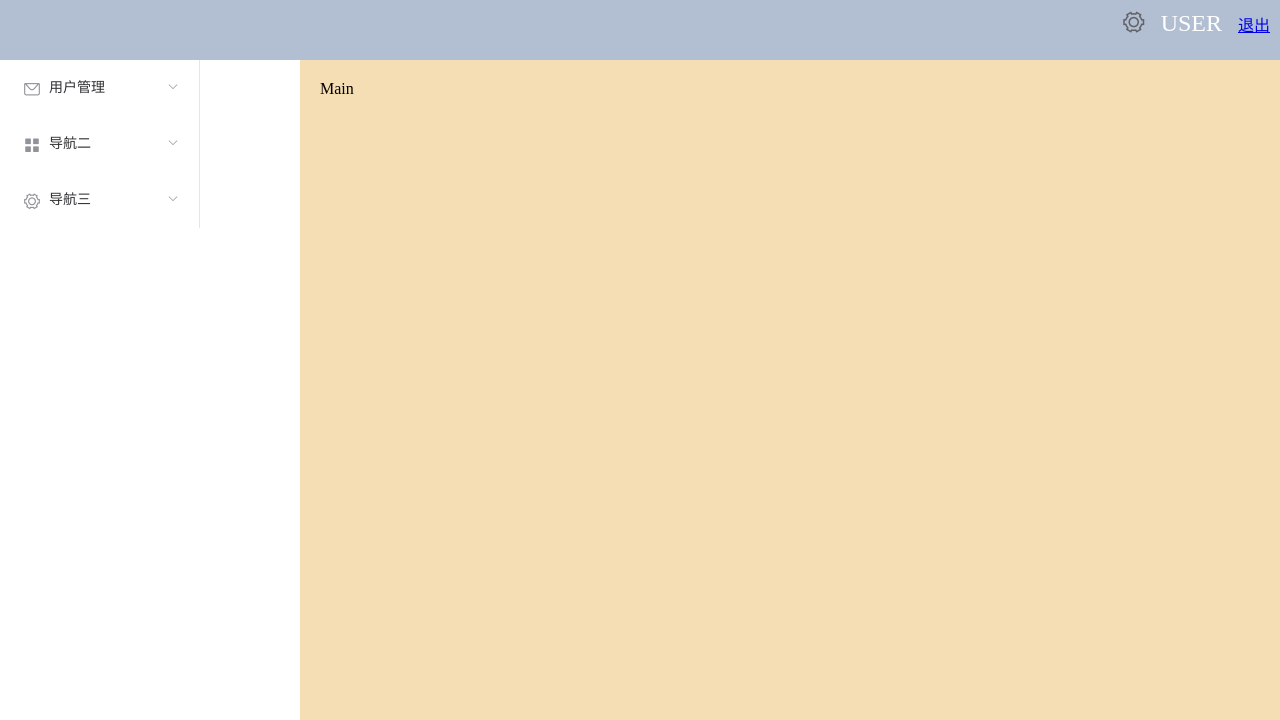
Repository: euphor1azzy/testlist
Page: / (app in list/)
An editor plug-in stored every save of this project. The page is shown before and after the next save, followed by the edit.
The browser window is 1280 px wide. The pictures show the whole page.
The project was rebuilt for these pictures with package versions that can differ from the ones it lists, and the page was loaded fresh each time. Also part of the build but not shown: list/src/utils/validate.js, list/src/views/login/login.vue, list/src/components/users/users.vue.

Above is the page before, as saved 2020-08-27 15:13:38.

### list/src/main.js
// 引入组件
import Vue from 'vue'
import ElementUI from 'element-ui';
import App from './App.vue'
import router from './router'
import MyHttpServer from './plugins/http'
Vue.use(router);


// 引入css文件
import './assets/css/reset.css'
import 'element-ui/lib/theme-chalk/index.css';


//使用插件
Vue.use(ElementUI)
Vue.use(MyHttpServer)
Vue.config.productionTip = false


new Vue({
    el: '#app',
    router,
    render: h => h(App)
}).$mount('#app')

### list/src/App.vue
<template>
  <div id="app" >

    <router-view></router-view>
  </div>
</template>

<script>

</script>

<style>
#app{

  height:100vh
}
</style>

### list/src/router/index.js
import Vue from 'vue'
import Router from 'vue-router'
import Home from '../views/home.vue'
import Login from '../views/login/login.vue'
import Users from '../components/users/users.vue'



Vue.use(Router);



export default new Router({
    routes: [{
            path: '/',
            name: 'Home',
            component: Home,
            children: [{
                name: 'Users',
                path: 'users',
                component: Users
            }]

        },
        {
            name: 'Login',
            path: '/login',
            component: Login
        }
    ]
});

### list/src/plugins/http.js
//将axios改为插件
import axios from 'axios'
const MyHttpServer = {}


MyHttpServer.install = (Vue) => {
    axios.defaults.baseURL = 'http://localhost:8888/api/private/v1/'

    // 添加实例方法
    Vue.prototype.$http = axios

}

export default MyHttpServer

### list/src/assets/css/reset.css
/*! minireset.css v0.0.2 | MIT License | github.com/jgthms/minireset.css */

html,
body,
p,
ol,
ul,
li,
dl,
dt,
dd,
blockquote,
figure,
fieldset,
legend,
textarea,
pre,
iframe,
hr,
h1,
h2,
h3,
h4,
h5,
h6,
el-main {
    /* height: 100%; */
    margin: 0;
    padding: 0;
}

h1,
h2,
h3,
h4,
h5,
h6 {
    font-size: 100%;
    font-weight: normal;
}

ul {
    list-style: none;
}

button,
input,
select,
textarea {
    margin: 0;
}

html {
    box-sizing: border-box;
}

* {
    box-sizing: inherit;
}

*:before,
*:after {
    box-sizing: inherit;
}

img,
embed,
object,
audio,
video {
    height: auto;
    max-width: 100%;
}

iframe {
    border: 0;
}

table {
    border-collapse: collapse;
    border-spacing: 0;
}

td,
th {
    padding: 0;
    text-align: left;
}

### list/src/views/home.vue
<template>
 <el-container class="container">
  <el-header style="padding:0">
    <v-appnav></v-appnav>
  </el-header>
  <el-container>
    <el-aside >
      <v-appslider></v-appslider>
    </el-aside>
    <el-main class="main">Main</el-main>
  </el-container>
</el-container>
</template>

<script>
// 导入组件

import AppNav from "../components/common/appnav";
import AppSlider from "../components/common/appslider";
// import List from "../components/list/list";

export default {
  name: "Home",
  // 注册组件
  components: {
    "v-appnav": AppNav,
    "v-appslider": AppSlider,
    // "v-list": List,
  },
};
</script>

<style>
.container{
  height: 100%;
  margin: 0;
  padding: 0;
}
.main{
  height: 100%;
  background-color: wheat;
}
/* .con {
  height: 100%;
  display: flex;
  flex: auto;
  flex-flow: row wrap;
  justify-content: flex-start;
} */
</style>

### list/src/components/common/appnav.vue
<template>
  <el-header class="nav">
    <el-dropdown>
      <i class="el-icon-setting" style="margin-right: 15px"></i>
      <el-dropdown-menu slot="dropdown">
        <el-dropdown-item>查看</el-dropdown-item>
        <el-dropdown-item>新增</el-dropdown-item>
        <el-dropdown-item>删除</el-dropdown-item>
      </el-dropdown-menu>
    </el-dropdown>
    <span>USER</span>
    <router-link to="/login" style="padding-left:16px;font-size:16px"
      >退出</router-link
    >
  </el-header>
</template>

<script>
export default {
  name: "AppNav",
};
</script>

<style scoped>

.nav {
  padding: 10px;
  text-align: right;
  font-size: 24px;
  width: 100%;
  color: #fff;
  background-color: #b2bfd2;
}
.el-icon-setting::before {
  font-size: 24px;
}
</style>

### list/src/components/common/appslider.vue
<template>
   <!-- <el-container style="height: 100%; border: 1px solid #eee"> -->
      <el-aside width="200px" style="background-color: rgb(238, 241, 246)">
        <el-menu :unique-opened="true"
        :router="true">
          <el-submenu index="1">
            <template slot="title">
              <i class="el-icon-message"></i>用户管理
            </template>
            <el-menu-item-group>
              <template slot="title">分组一</template>
              <el-menu-item index="users">用户列表</el-menu-item>
              <el-menu-item index="1-2">用户设置</el-menu-item>
            </el-menu-item-group>
            <el-menu-item-group title="分组2">
              <el-menu-item index="1-3">选项3</el-menu-item>
            </el-menu-item-group>
            <el-submenu index="1-4">
              <template slot="title">选项4</template>
              <el-menu-item index="1-4-1">选项4-1</el-menu-item>
            </el-submenu>
          </el-submenu>
          <el-submenu index="2">
            <template slot="title">
              <i class="el-icon-menu"></i>导航二
            </template>
            <el-menu-item-group>
              <template slot="title">分组一</template>
              <el-menu-item index="2-1">选项1</el-menu-item>
              <el-menu-item index="2-2">选项2</el-menu-item>
            </el-menu-item-group>
            <el-menu-item-group title="分组2">
              <el-menu-item index="2-3">选项3</el-menu-item>
            </el-menu-item-group>
            <el-submenu index="2-4">
              <template slot="title">选项4</template>
              <el-menu-item index="2-4-1">选项4-1</el-menu-item>
            </el-submenu>
          </el-submenu>
          <el-submenu index="3">
            <template slot="title">
              <i class="el-icon-setting"></i>导航三
            </template>
            <el-menu-item-group>
              <template slot="title">分组一</template>
              <el-menu-item index="3-1">选项1</el-menu-item>
              <el-menu-item index="3-2">选项2</el-menu-item>
            </el-menu-item-group>
            <el-menu-item-group title="分组2">
              <el-menu-item index="3-3">选项3</el-menu-item>
            </el-menu-item-group>
            <el-submenu index="3-4">
              <template slot="title">选项4</template>
              <el-menu-item index="3-4-1">选项4-1</el-menu-item>
            </el-submenu>
          </el-submenu>
        </el-menu>
      </el-aside>
   <!-- </el-container> -->
</template>

<script>
export default {
name:'appslider'
}
</script>

<style>
.default-active	{
  background-color: royalblue;
}
</style>

Loaded but not shown: list/public/index.html (common file)

After the next save:
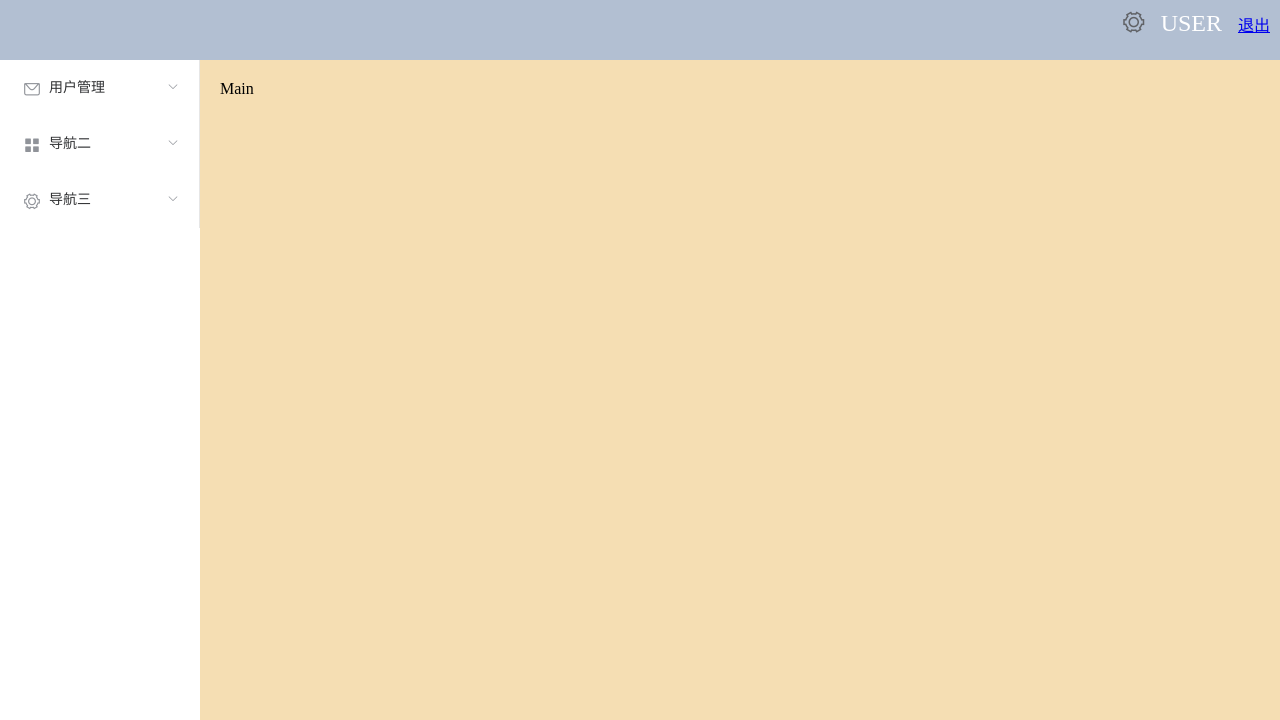
Saved 41 s later.
--- a/list/src/views/home.vue
+++ b/list/src/views/home.vue
@@ -4,7 +4,7 @@
     <v-appnav></v-appnav>
   </el-header>
   <el-container>
-    <el-aside >
+    <el-aside style="width:200px" >
       <v-appslider></v-appslider>
     </el-aside>
     <el-main class="main">Main</el-main>
